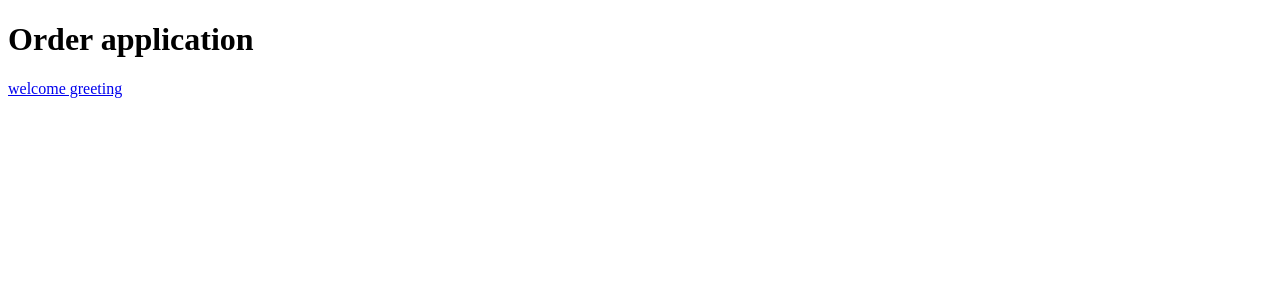
Repository: papaya1997/trainingWeek3
Page: http://localhost/orderwebapp/
An editor plug-in stored every save of this project. The page is shown before and after the next save, followed by the edit.
The browser window is 1280 px wide. The pictures show the whole page.
The page is served by Tomcat 9. Nobody is signed in. The application's start-up code is not run. Other server files are loaded and not shown.

Above is the page before, as saved 2019-07-22 07:02:50.

### orderwebapp/src/main/webapp/index.jsp
<%@ page language="java" contentType="text/html; charset=UTF-8"
    pageEncoding="UTF-8"%>
<!DOCTYPE html>
<html>
<head>
<meta charset="UTF-8">
<title>Order Application</title>
</head>
<body>
<h1>Order application</h1>
	<a href="greeting.do">welcome greeting</a> </br>


</body>
</html>

After the next save:
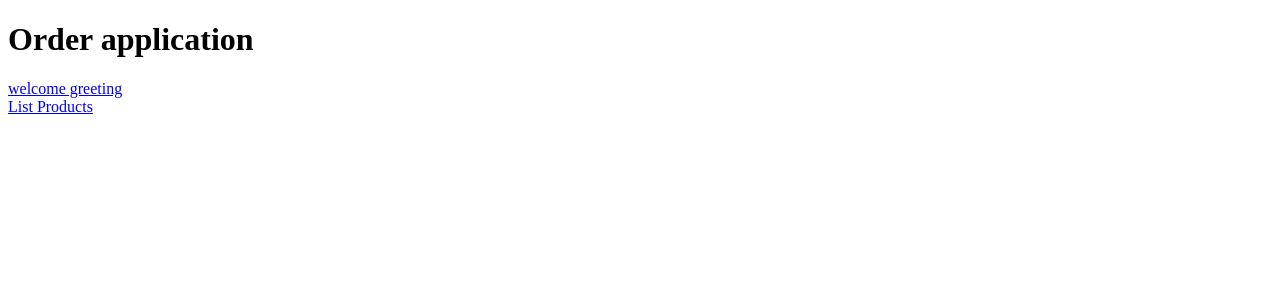
Saved 41 s later.
--- a/orderwebapp/src/main/webapp/index.jsp
+++ b/orderwebapp/src/main/webapp/index.jsp
@@ -9,7 +9,7 @@
 <body>
 <h1>Order application</h1>
 	<a href="greeting.do">welcome greeting</a> </br>
-
+	<a href="ListProducts.do">List Products</a> <br/>
 
 </body>
 </html>
